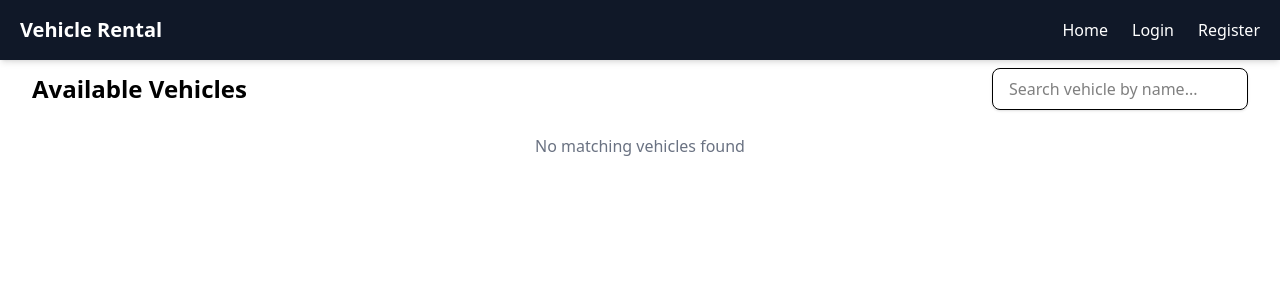
Repository: Sugan-g/vehicle-rental-system
Page: / (app in frontend/)
These files come from the project's save history. The page is drawn as it stood at one moment and after the next save; the edit follows.
The browser window is 1280 px wide. The pictures show the whole page.
The page's requests for data from a server got no answer. The project was rebuilt for these pictures with package versions that can differ from the ones it lists, and the page was loaded fresh each time. No one was signed in, and anything a server would have sent is missing. Also part of the build but not shown: frontend/vite.config.js, frontend/src/components/VehicleCard.jsx, frontend/src/components/BookingForm.jsx, frontend/src/components/ReviewForm.jsx, frontend/src/pages/VehiclePage.jsx, frontend/src/pages/LoginPage.jsx, frontend/src/pages/RegisterPage.jsx, frontend/src/pages/RentalHistoryPage.jsx and 7 more.

Above is the page before, as saved 2025-11-17 10:52:45.

### frontend/index.html
<!doctype html>
<html lang="en">
  <head>
    <meta charset="UTF-8" />
    <link rel="icon" type="image/svg+xml" href="/vite.svg" />
    <meta name="viewport" content="width=device-width, initial-scale=1.0" />
    <title>Vehicle Rental System</title>
        <link rel="stylesheet" href="/src/index.css" />

  </head>
  <body>
    <div id="root"></div>
    <script type="module" src="/src/main.jsx"></script>
  </body>
</html>

### frontend/src/App.jsx
import { BrowserRouter as Router, Routes, Route } from "react-router-dom";
import Navbar from "./components/Navbar.jsx";
import HomePage from "./pages/HomePage.jsx";
import VehiclePage from "./pages/VehiclePage.jsx";
import LoginPage from "./pages/LoginPage.jsx";
import RegisterPage from "./pages/RegisterPage.jsx";
import RentalHistoryPage from "./pages/RentalHistoryPage.jsx";
import AdminPage from "./pages/AdminPage.jsx";
import BookingPage from "./pages/BookingPage.jsx";
import MyBookings from "./pages/MyBookings.jsx";
import EditBooking from "./pages/EditBooking.jsx";
import PrivateRoute from "./components/PrivateRoute.jsx";
import AdminRoute from "./components/AdminRoute.jsx";
import { AuthProvider } from "./context/AuthContext.jsx"; // ✅ import context here

function App() {
  return (
    <AuthProvider> {/* ✅ Move provider here */}
      <Router>
        <Navbar />
        <Routes>
          {/* Public routes */}
          <Route path="/" element={<HomePage />} />
          <Route path="/vehicle/:id" element={<VehiclePage />} />
          <Route path="/login" element={<LoginPage />} />
          <Route path="/register" element={<RegisterPage />} />

          {/* Protected routes (login required) */}
          <Route
            path="/rental-history"
            element={
              <PrivateRoute>
                <RentalHistoryPage />
              </PrivateRoute>
            }
          />
          <Route
            path="/book/:vehicleId"
            element={
              <PrivateRoute>
                <BookingPage />
              </PrivateRoute>
            }
          />
          <Route
            path="/my-bookings"
            element={
              <PrivateRoute>
                <MyBookings />
              </PrivateRoute>
            }
          />
          <Route
            path="/edit-booking/:id"
            element={
              <PrivateRoute>
                <EditBooking />
              </PrivateRoute>
            }
          />

          {/* Admin-only route */}
          <Route
            path="/admin"
            element={
              <AdminRoute>
                <AdminPage />
              </AdminRoute>
            }
          />
        </Routes>
      </Router>
    </AuthProvider>
  );
}

export default App;

### frontend/src/components/Navbar.jsx
import { Link, useNavigate } from "react-router-dom";
import { useState, useEffect } from "react";
import { FiMenu, FiX } from "react-icons/fi";
import { useAuth } from "../context/AuthContext";

export default function Navbar() {
  const navigate = useNavigate();
  const { isLoggedIn, role, logout } = useAuth();
  const [menuOpen, setMenuOpen] = useState(false);
  const [authStatus, setAuthStatus] = useState({ loggedIn: isLoggedIn, role });

  // Sync local state with context (fixes delayed update issue)
  useEffect(() => {
    setAuthStatus({ loggedIn: isLoggedIn, role });
  }, [isLoggedIn, role]);

  const handleLogout = () => {
    logout();
    navigate("/login");
  };

  return (
    <nav className="bg-gray-900 text-white px-5 py-4 shadow-md fixed top-0 left-0 w-full z-50">
      <div className="flex justify-between items-center">
        <Link to="/" className="text-xl font-bold">
          Vehicle Rental
        </Link>

        {/* Mobile Menu Button */}
        <button
          className="md:hidden text-2xl"
          onClick={() => setMenuOpen(!menuOpen)}
        >
          {menuOpen ? <FiX /> : <FiMenu />}
        </button>

        {/* Desktop Menu */}
        <div className="hidden md:flex space-x-6 items-center">
          <Link to="/">Home</Link>

          {authStatus.loggedIn && (
            <>
              <Link to="/my-bookings">My Bookings</Link>
              <Link to="/rental-history">Rental History</Link>
            </>
          )}

          {authStatus.loggedIn && authStatus.role === "admin" && (
            <Link to="/admin" className="text-yellow-400 font-semibold">
              Admin Dashboard
            </Link>
          )}

          {authStatus.loggedIn ? (
            <button
              onClick={handleLogout}
              className="bg-blue-600 px-3 py-1 rounded hover:bg-blue-700 transition"
            >
              Logout
            </button>
          ) : (
            <>
              <Link to="/login">Login</Link>
              <Link to="/register">Register</Link>
            </>
          )}
        </div>
      </div>

      {/* Mobile Dropdown */}
      <div
        className={`md:hidden transition-all duration-300 overflow-hidden ${
          menuOpen ? "max-h-80 mt-3" : "max-h-0"
        }`}
      >
        <div className="bg-gray-800 p-5 rounded-lg flex flex-col space-y-4 text-center">
          <Link to="/" onClick={() => setMenuOpen(false)}>
            Home
          </Link>

          {authStatus.loggedIn && (
            <>
              <Link to="/my-bookings" onClick={() => setMenuOpen(false)}>
                My Bookings
              </Link>
              <Link to="/rental-history" onClick={() => setMenuOpen(false)}>
                Rental History
              </Link>
            </>
          )}

          {authStatus.loggedIn && authStatus.role === "admin" && (
            <Link
              to="/admin"
              onClick={() => setMenuOpen(false)}
              className="text-yellow-400 font-semibold"
            >
              Admin Dashboard
            </Link>
          )}

          {authStatus.loggedIn ? (
            <button
              onClick={() => {
                handleLogout();
                setMenuOpen(false);
              }}
              className="text-red-400 font-semibold"
            >
              Logout
            </button>
          ) : (
            <>
              <Link to="/login" onClick={() => setMenuOpen(false)}>
                Login
              </Link>
              <Link to="/register" onClick={() => setMenuOpen(false)}>
                Register
              </Link>
            </>
          )}
        </div>
      </div>
    </nav>
  );
}

### frontend/src/pages/HomePage.jsx
import { useEffect, useState } from "react";
import API from "../api/api.js";
import VehicleCard from "../components/VehicleCard.jsx";

export default function HomePage() {
    const [vehicles, setVehicles] = useState([]);
    const [filteredVehicles, setFilteredVehicles] = useState([]);
    const [loading, setLoading] = useState(true);
    const [searchTerm, setSearchTerm] = useState("");

    useEffect(() => {
        const fetchVehicles = async () => {
            try {
                const res = await API.get("/vehicles");
                setVehicles(res.data);
                setFilteredVehicles(res.data);
            } catch (error) {
                console.error("Error fetching vehicles:", error);
            } finally {
                setLoading(false);
            }
        };

        fetchVehicles();
    }, []);

    // Safe filtering (avoids undefined errors)
    useEffect(() => {
        const result = vehicles.filter((v) => {
            const name = (v?.name || "").toString().toLowerCase();
            const search = searchTerm.toLowerCase();
            return name.includes(search);
        });

        setFilteredVehicles(result);
    }, [searchTerm, vehicles]);

    if (loading) {
        return (
            <div className="flex justify-center items-center min-h-screen">
                <p className="text-lg font-medium text-gray-600">Loading vehicles...</p>
            </div>
        );
    }

    return (
        <div className="max-w-7xl mx-auto px-4 sm:px-6 lg:px-8 py-8 mt-5">

            {/* Title + Search beside each other */}
            <div className="flex flex-col md:flex-row md:items-center md:justify-between pt-4 mb-6">
                <h1 className="text-2xl font-bold mb-4 md:mb-0">Available Vehicles</h1>

                <input
                    type="text"
                    placeholder="Search vehicle by name..."
                    className="w-full md:w-64 px-4 py-2 border rounded-lg shadow-sm focus:ring-2 focus:ring-blue-500"
                    value={searchTerm}
                    onChange={(e) => setSearchTerm(e.target.value)}
                />
            </div>

            {/* No results */}
            {!filteredVehicles.length ? (
                <p className="text-center text-gray-500">No matching vehicles found</p>
            ) : (
                <div
                    className="
                        grid gap-6
                        grid-cols-1
                        sm:grid-cols-2
                        lg:grid-cols-3
                        xl:grid-cols-4
                    "
                >
                    {filteredVehicles.map((vehicle) => (
                        <VehicleCard key={vehicle._id} vehicle={vehicle} />
                    ))}
                </div>
            )}
        </div>
    );
}

### frontend/src/context/AuthContext.jsx
import { createContext, useContext, useState, useEffect } from "react";

const AuthContext = createContext();

export const AuthProvider = ({ children }) => {
  const [isLoggedIn, setIsLoggedIn] = useState(!!localStorage.getItem("token"));
  const [role, setRole] = useState(localStorage.getItem("role") || null);

  useEffect(() => {
    const checkAuth = () => {
      setIsLoggedIn(!!localStorage.getItem("token"));
      setRole(localStorage.getItem("role"));
    };

    window.addEventListener("storage", checkAuth);
    return () => window.removeEventListener("storage", checkAuth);
  }, []);

  const login = (token, role) => {
    localStorage.setItem("token", token);
    localStorage.setItem("role", role);
    setIsLoggedIn(true);
    setRole(role);
  };

  const logout = () => {
    localStorage.removeItem("token");
    localStorage.removeItem("role");
    setIsLoggedIn(false);
    setRole(null);
  };

  return (
    <AuthContext.Provider value={{ isLoggedIn, role, login, logout }}>
      {children}
    </AuthContext.Provider>
  );
};

export const useAuth = () => useContext(AuthContext);

### frontend/src/api/api.js
import axios from "axios";

const API = axios.create({
    baseURL:
        import.meta.env.MODE === "development"
            ? "http://localhost:5000/api" // local backend for dev
            : "https://vehicle-rental-system-pitf.onrender.com/api", // deployed backend (Render)
    withCredentials: true,
    headers: { "Content-Type": "application/json" },
});

//  Attach token if exists
API.interceptors.request.use((req) => {
    const token = localStorage.getItem("token");
    if (token) {
        req.headers.Authorization = `Bearer ${token}`;
    }
    return req;
});

export default API;

Loaded but not shown: frontend/src/index.css (common file); frontend/src/main.jsx (common file)

After the next save:
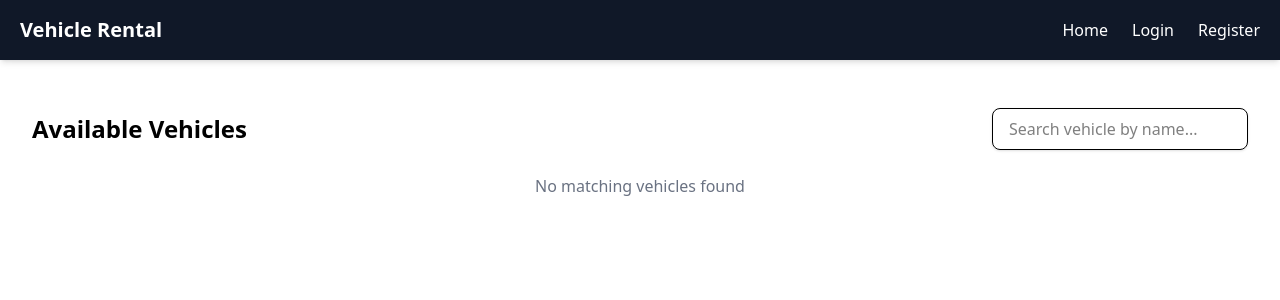
Saved 9 s later.
--- a/frontend/src/pages/HomePage.jsx
+++ b/frontend/src/pages/HomePage.jsx
@@ -44,7 +44,7 @@ export default function HomePage() {
     }
 
     return (
-        <div className="max-w-7xl mx-auto px-4 sm:px-6 lg:px-8 py-8 mt-5">
+        <div className="max-w-7xl mx-auto px-4 sm:px-6 lg:px-8 py-8 mt-15">
 
             {/* Title + Search beside each other */}
             <div className="flex flex-col md:flex-row md:items-center md:justify-between pt-4 mb-6">
